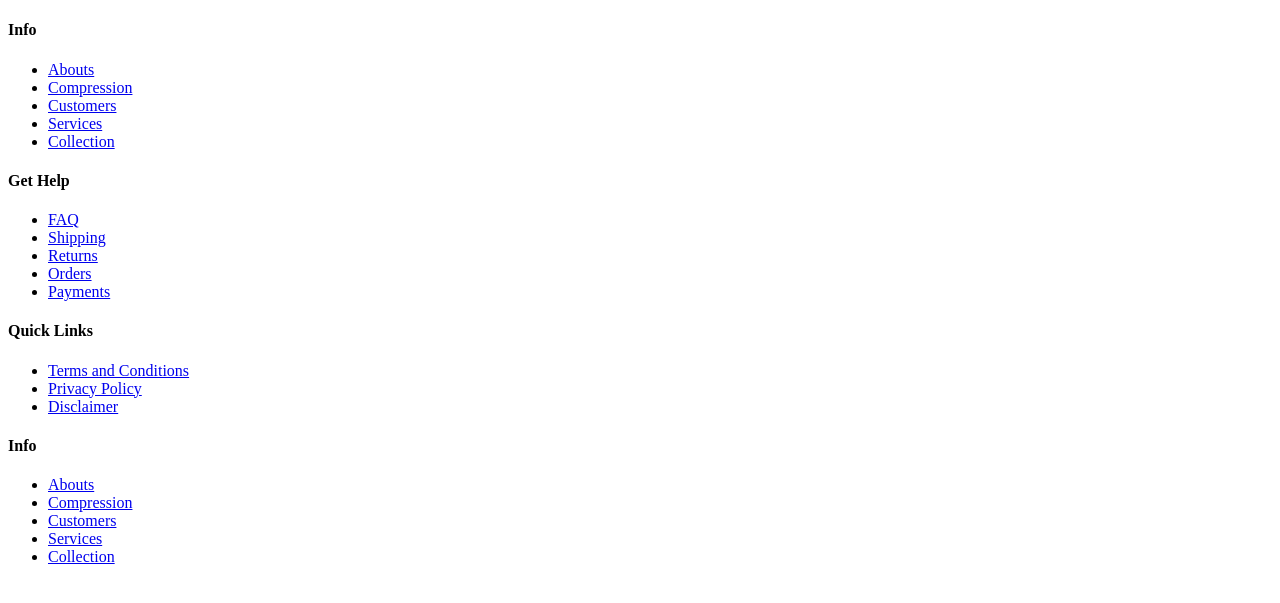
Repository: syni18/responsive_footer
Page: index.html
An editor plug-in stored every save of this project. The page is shown before and after the next save, followed by the edit.
The browser window is 1280 px wide. The pictures show the whole page.

Above is the page before, as saved 2023-11-03 17:03:44.

### index.html
<!DOCTYPE html>
<html lang="en">
<head>
    <meta charset="UTF-8">
    <meta name="viewport" content="width=device-width, initial-scale=1.0">
    <title>Responsive footer</title>
</head>
<body>
    <section class="footer">
        <div class="footer-row">
            <div class="footer-col">
                <h4>Info</h4>
                <ul class="links">
                    <li><a href="#">Abouts</a></li>
                    <li><a href="#">Compression</a></li>
                    <li><a href="#">Customers</a></li>
                    <li><a href="#">Services</a></li>
                    <li><a href="#">Collection</a></li>
                </ul>
            </div>

            <div class="footer-col">
                <h4>Get Help</h4>
                <ul class="links">
                    <li><a href="#">FAQ</a></li>
                    <li><a href="#">Shipping</a></li>
                    <li><a href="#">Returns</a></li>
                    <li><a href="#">Orders</a></li>
                    <li><a href="#">Payments</a></li>
                </ul>
            </div>

            <div class="footer-col">
                <h4>Quick Links</h4>
                <ul class="links">
                    <li><a href="#">Terms and Conditions</a></li>
                    <li><a href="#">Privacy Policy</a></li>
                    <li><a href="#">Disclaimer</a></li>
                </ul>
            </div>

            <div class="footer-col">
                <h4>Info</h4>
                <ul class="links">
                    <li><a href="#">Abouts</a></li>
                    <li><a href="#">Compression</a></li>
                    <li><a href="#">Customers</a></li>
                    <li><a href="#">Services</a></li>
                    <li><a href="#">Collection</a></li>
                </ul>
            </div>
        </div>
    </section>
</body>
</html>

After the next save:
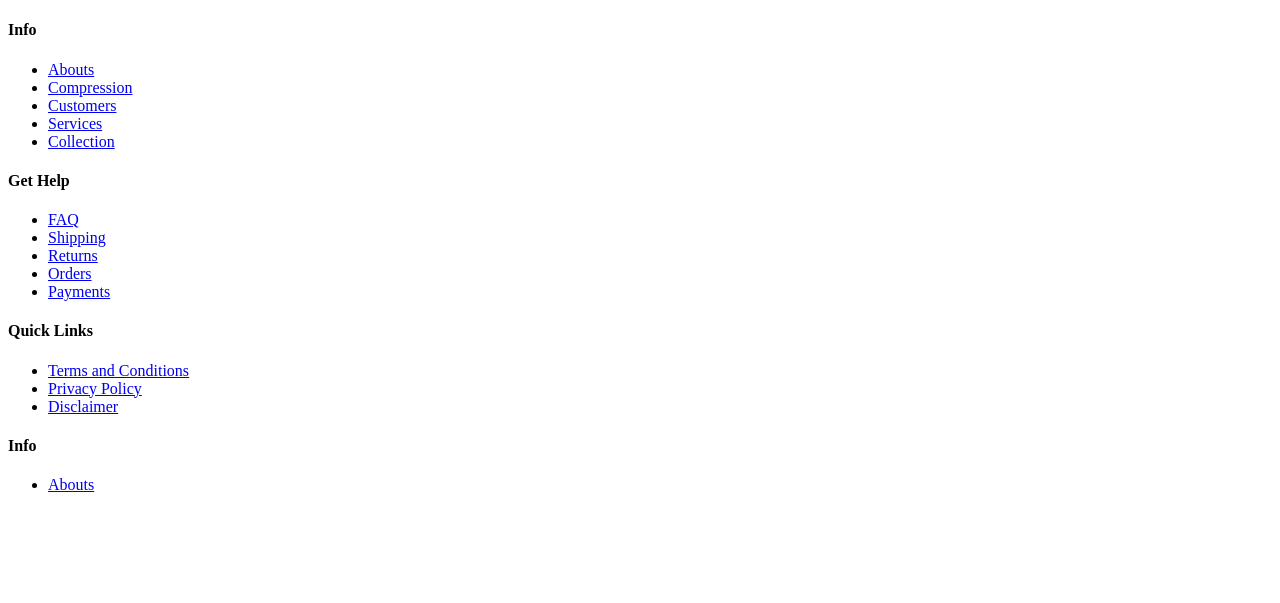
Saved 6 s later.
--- a/index.html
+++ b/index.html
@@ -43,10 +43,6 @@
                 <h4>Info</h4>
                 <ul class="links">
                     <li><a href="#">Abouts</a></li>
-                    <li><a href="#">Compression</a></li>
-                    <li><a href="#">Customers</a></li>
-                    <li><a href="#">Services</a></li>
-                    <li><a href="#">Collection</a></li>
                 </ul>
             </div>
         </div>
